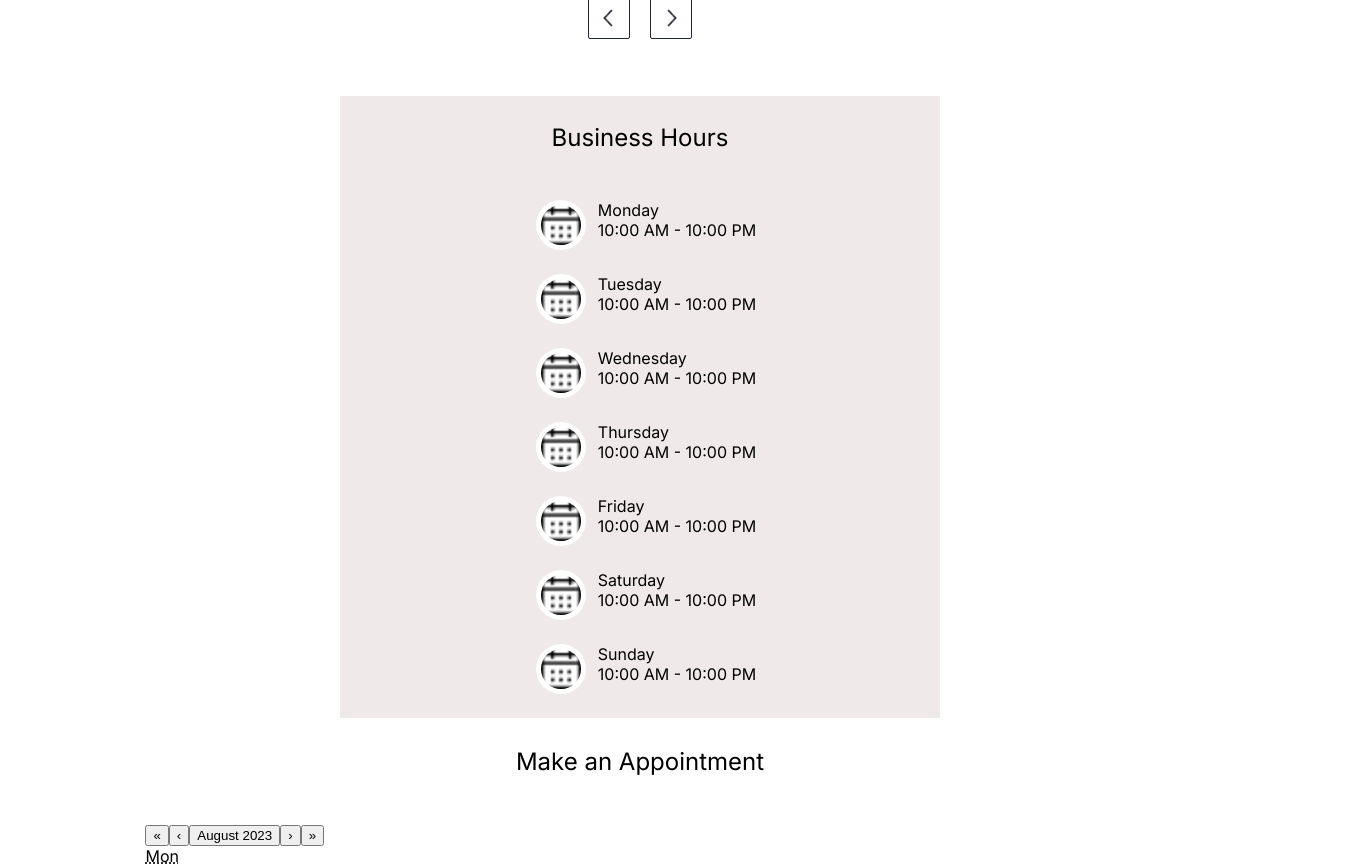
Repository: nikita120402/next13-deploy
Page: /
An editor plug-in stored every save of this project. The page is shown before and after the next save, followed by the edit.
The browser window is 1280 px wide. The page is 1352 px wide, so the pictures cover 1352 px, including what lies to the right of the window. The pictures show the part of the page from y = 2338 to 3206 px (the page is 3748 px tall before and 3580 px after).
The project was rebuilt for these pictures with package versions that can differ from the ones it lists, and the page was loaded fresh each time. The framework's server and built-in components were replaced by stand-ins that run in the browser. Also part of the build but not shown: next.config.js.

Above is the page before, as saved 2023-08-08 02:24:48.

After the next save:
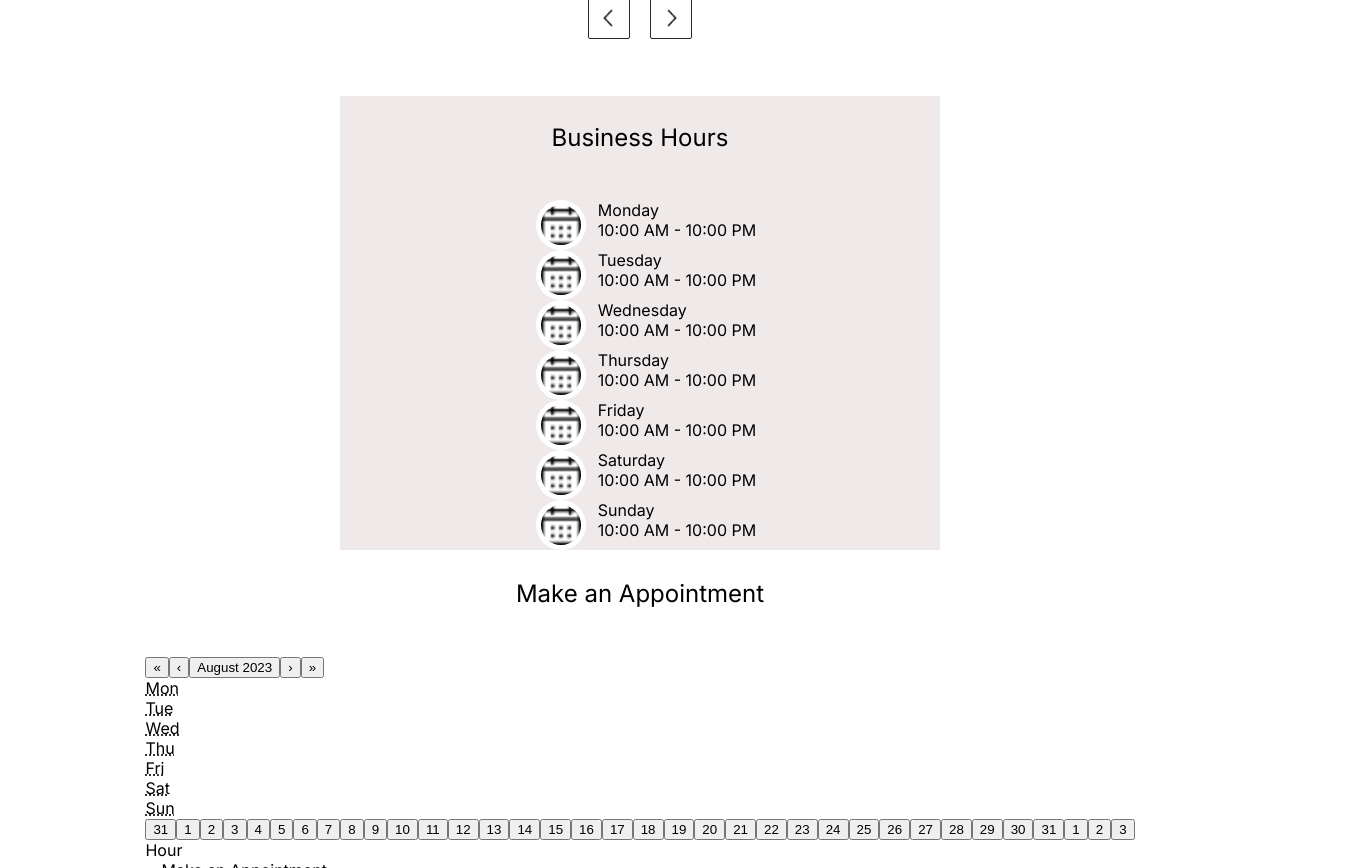
Saved 69 s later.
--- a/src/app/Design.module.css
+++ b/src/app/Design.module.css
@@ -126,7 +126,7 @@
 .flexdis{
     display: flex;
     justify-content: center;
-    margin: 24px;
+    margin: 0px;
     text-align: left;
     flex-wrap: wrap;
 }

After the save that followed:
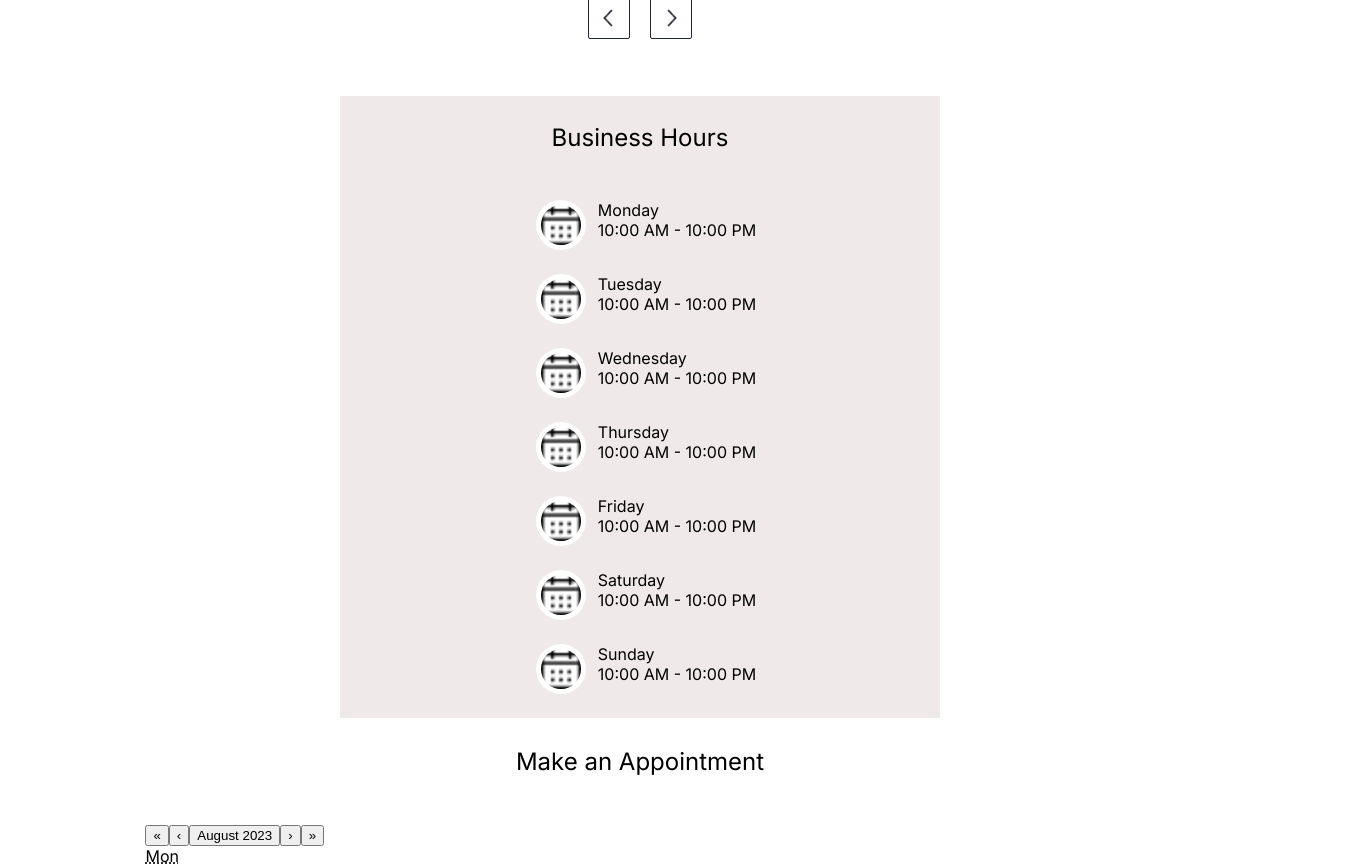
Saved 22 s later.
--- a/src/app/Design.module.css
+++ b/src/app/Design.module.css
@@ -126,7 +126,7 @@
 .flexdis{
     display: flex;
     justify-content: center;
-    margin: 0px;
+    margin: 24px;
     text-align: left;
     flex-wrap: wrap;
 }
